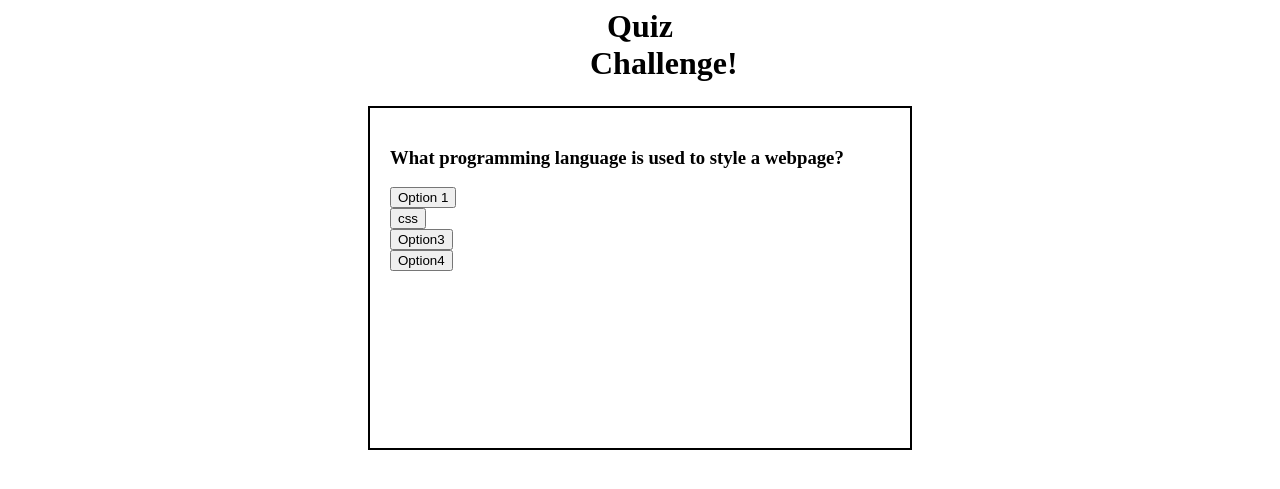
Repository: s88leigh/Quiz-Challenge
Page: index.html
These files come from the project's save history. The page is drawn as it stood at one moment and after a run of saves; the edit follows.
The browser window is 1280 px wide. The pictures show the whole page.
After loading, the first visible `button` was clicked once.

Above is the page before, as saved 2019-10-19 09:52:52.
Console error: ReferenceError: qestIndex is not defined

After the next 2 saves:
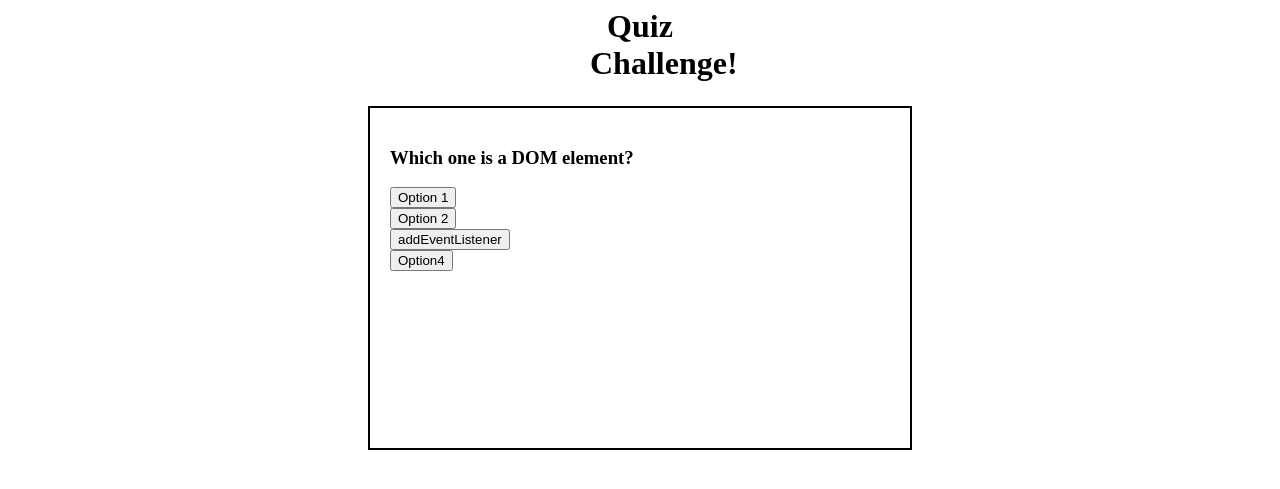
The error is gone.
The 2 saves are shown as one change because they came seconds apart.
The last was saved 13 s later.
--- a/script.js
+++ b/script.js
@@ -76,13 +76,13 @@ function questionText() {
 function clickButton() {
     var choice = this.value;
 
-    if(choice === questions[qestIndex].answer){
+    if(choice === questions[questIndex].answer){
         alert("Correct")
     } else {
         alert("Incorrect. Try again!")
         // for( var i=0; i < choice.length; i++);
     }
-    qestIndex++;
+    questIndex++;
     questionText();
 }
 questionText()
